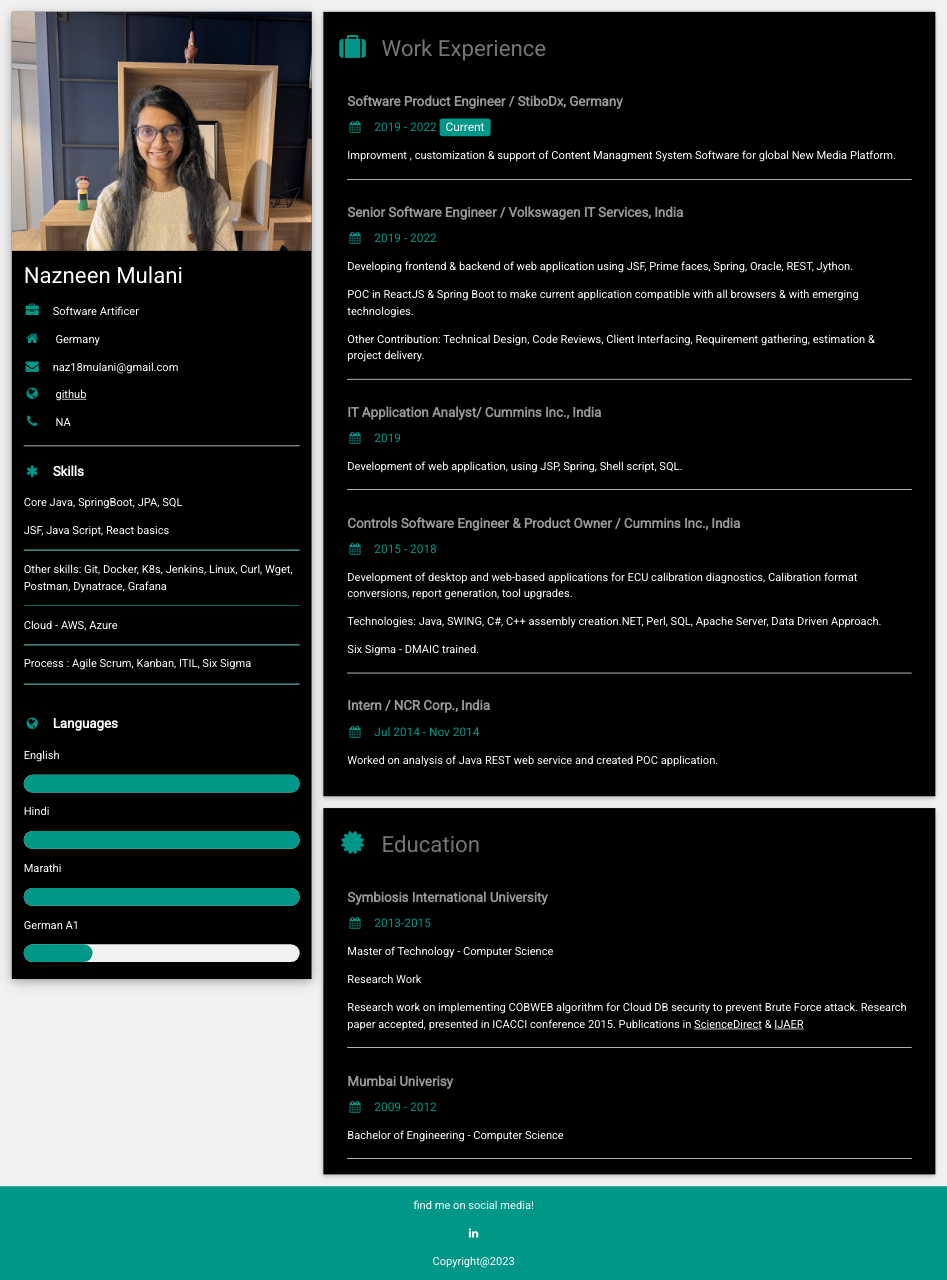
Repository: nazneenprojects/nazneen.github.io
Page: index.html
The author's editor kept a copy of each file at every save. The page is drawn from the files as they stood at one save, then again after the next save.
The browser window is 1280 px wide. The pictures show the whole page, at 74% of full size.

Above is the page before, as saved 2023-07-09 11:44:18.

### index.html
<!DOCTYPE html>
<html>
<title>Nazneen Portfolio</title>
<meta charset="UTF-8">
<meta name="viewport" content="width=device-width, initial-scale=1">
<link rel="stylesheet" href="https://www.w3schools.com/w3css/4/w3.css">
<link rel='stylesheet' href='https://fonts.googleapis.com/css?family=Roboto'>
<link rel="stylesheet" href="https://cdnjs.cloudflare.com/ajax/libs/font-awesome/4.7.0/css/font-awesome.min.css">
<style>
html,body,h1,h2,h3,h4,h5,h6 {font-family: "Roboto", sans-serif}
</style>
<body class="w3-light-grey">

<!-- Page Container -->
<div class="w3-content w3-margin-top" style="max-width:1400px;">

  <!-- The Grid -->
  <div class="w3-row-padding">

    <!-- Left Column -->
    <div class="w3-third">

      <div class="w3-black w3-text-white w3-card-4">
        <div class="w3-display-container">
          <img src="IMG_NazneenM.JPG" style="width:100%" alt="Avatar">
          <div class="w3-display-bottomleft w3-container w3-text-black">
          </div>
        </div>
        <div class="w3-container">
          <h2>Nazneen Mulani</h2>
          <p><i class="fa fa-briefcase fa-fw w3-margin-right w3-large w3-text-teal"></i>Software Artificer</p>
          <p><i class="fa fa-home fa-fw w3-margin-right w3-large w3-text-teal"></i> Germany </p>
          <p><i class="fa fa-envelope fa-fw w3-margin-right w3-large w3-text-teal"></i>naz18mulani@gmail.com</p>
          <p><i class="fa fa-globe fa-fw w3-margin-right w3-large w3-text-teal"></i>
          <a href="https://github.com/nazneenprojects">github</a>
          </p>
          <p><i class="fa fa-phone fa-fw w3-margin-right w3-large w3-text-teal"></i> NA </p>
          <hr>

          <p class="w3-large"><b><i class="fa fa-asterisk fa-fw w3-margin-right w3-text-teal"></i>Skills</b></p>
          <p>Core Java, SpringBoot, JPA, SQL</p>

          <p>JSF, Java Script, React basics</p>
          <div class="w3-light-grey w3-round-xlarge w3-small">
            <div class="w3-container w3-center w3-round-xlarge w3-teal" style="width:100%">
            </div>
          </div>
          <p>Other skills: Git, Docker, K8s, Jenkins, Linux, Curl, Wget, Postman, Dynatrace, Grafana</p>
          <div class="w3-light-grey w3-round-xlarge w3-small">
            <div class="w3-container w3-center w3-square-xlarge w3-teal" style="width:100%">
           </div>
          </div>
          <p>Cloud - AWS, Azure</p>
          <div class="w3-light-grey w3-round-xlarge w3-small">
            <div class="w3-container w3-center w3-round-xlarge w3-teal" style="width:100%">
            </div>
          </div>
          <p>Process : Agile Scrum, Kanban, ITIL, Six Sigma</p>
          <div class="w3-light-grey w3-round-xlarge w3-small">
            <div class="w3-container w3-center w3-round-xlarge w3-teal" style="width:100%">
            </div>
          </div>
          <br>

          <p class="w3-large w3-text-theme"><b><i class="fa fa-globe fa-fw w3-margin-right w3-text-teal"></i>Languages</b></p>
          <p>English</p>
          <div class="w3-light-grey w3-round-xlarge">
            <div class="w3-round-xlarge w3-teal" style="height:24px;width:100%"></div>
          </div>
          <p>Hindi</p>
          <div class="w3-light-grey w3-round-xlarge">
            <div class="w3-round-xlarge w3-teal" style="height:24px;width:100%"></div>
          </div>
          <p>Marathi</p>
          <div class="w3-light-grey w3-round-xlarge">
            <div class="w3-round-xlarge w3-teal" style="height:24px;width:100%"></div>
          </div>
          <p>German A1</p>
          <div class="w3-light-grey w3-round-xlarge">
            <div class="w3-round-xlarge w3-teal" style="height:24px;width:25%"></div>
          </div>
          <br>
        </div>
      </div><br>

    <!-- End Left Column -->
    </div>

    <!-- Right Column -->
    <div class="w3-twothird">

      <div class="w3-container w3-card w3-black w3-margin-bottom">
        <h2 class="w3-text-grey w3-padding-16"><i class="fa fa-suitcase fa-fw w3-margin-right w3-xxlarge w3-text-teal"></i>Work Experience</h2>
        <div class="w3-container">
          <h5 class="w3-opacity"><b>Software Product Engineer / StiboDx, Germany</b></h5>
          <h6 class="w3-text-teal"><i class="fa fa-calendar fa-fw w3-margin-right"></i>2019 - 2022 <span class="w3-tag w3-teal w3-round">Current</span></h6>
          <p> Improvment , customization & support of Content Managment System Software for global New Media Platform.</p>
          <hr>
        </div>
        <div class="w3-container">
          <h5 class="w3-opacity"><b>Senior Software Engineer / Volkswagen IT Services, India</b></h5>
          <h6 class="w3-text-teal"><i class="fa fa-calendar fa-fw w3-margin-right"></i>2019 - 2022</h6>
          <p>Developing frontend & backend of web application using JSF, Prime faces, Spring, Oracle, REST, Jython.</p>
          <p>POC in ReactJS & Spring Boot to make current application compatible with all browsers & with emerging technologies.</p>
          <p>Other Contribution: Technical Design, Code Reviews, Client Interfacing, Requirement gathering, estimation & project delivery.</p>
          <hr>
        </div>
        <div class="w3-container">
          <h5 class="w3-opacity"><b>IT Application Analyst/ Cummins Inc., India</b></h5>
          <h6 class="w3-text-teal"><i class="fa fa-calendar fa-fw w3-margin-right"></i>2019 </h6>
          <p>Development of web application, using JSP, Spring, Shell script, SQL.</p>
          <hr>
        </div>
        <div class="w3-container">
          <h5 class="w3-opacity"><b>Controls Software Engineer & Product Owner / Cummins Inc., India</b></h5>
          <h6 class="w3-text-teal"><i class="fa fa-calendar fa-fw w3-margin-right"></i>2015 - 2018</h6>
          <p>Development of desktop and web-based applications for ECU calibration diagnostics, Calibration format conversions, report generation, tool upgrades.</p>
          <p>Technologies: Java, SWING, C#, C++ assembly creation.NET, Perl, SQL, Apache Server, Data Driven Approach.</p>
          <p>Six Sigma - DMAIC trained.</p>
          <hr>
        </div>
        <div class="w3-container">
          <h5 class="w3-opacity"><b>Intern / NCR Corp., India</b></h5>
          <h6 class="w3-text-teal"><i class="fa fa-calendar fa-fw w3-margin-right"></i>Jul 2014 - Nov 2014</h6>
          <p>Worked on analysis of Java REST web service and created POC application. </p><br>
        </div>
      </div>

      <div class="w3-container w3-card w3-black">
        <h2 class="w3-text-grey w3-padding-16"><i class="fa fa-certificate fa-fw w3-margin-right w3-xxlarge w3-text-teal"></i>Education</h2>
        <div class="w3-container">
          <h5 class="w3-opacity"><b> Symbiosis International University</b></h5>
          <h6 class="w3-text-teal"><i class="fa fa-calendar fa-fw w3-margin-right"></i>2013-2015</h6>
          <p>Master of Technology - Computer Science</p>
          <p>Research Work</p>
          <p>
            Research work on implementing COBWEB algorithm for Cloud DB security to prevent Brute Force attack. Research paper accepted, presented in ICACCI conference 2015. Publications in

            <a href="https://www.sciencedirect.com/science/article/pii/S1877050915005359">ScienceDirect</a> &
            <a href="https://www.ripublication.com/Volume/ijaerv10n12.htm">IJAER</a>
          </p>
          <hr>
        </div>
        <div class="w3-container">
          <h5 class="w3-opacity"><b>Mumbai Univerisy</b></h5>
          <h6 class="w3-text-teal"><i class="fa fa-calendar fa-fw w3-margin-right"></i>2009 - 2012</h6>
          <p>Bachelor of Engineering - Computer Science</p>
          <hr>
        </div>
      </div>

    <!-- End Right Column -->
    </div>

  <!-- End Grid -->
  </div>

  <!-- End Page Container -->
</div>

<footer class="w3-container w3-teal w3-center w3-margin-top">

  <p>find me on social media!</p>
  <a href="https://www.linkedin.com/in/nazneen-mulani-05004012a/"> <i class="fa fa-linkedin w3-hover-opacity"></i></a>
  <p>Copyright@2023</p>
 <!--
  <i class="fa fa-facebook-official w3-hover-opacity"></i>
  <i class="fa fa-instagram w3-hover-opacity"></i>
  <i class="fa fa-snapchat w3-hover-opacity"></i>
  <i class="fa fa-pinterest-p w3-hover-opacity"></i>
  <i class="fa fa-twitter w3-hover-opacity"></i>
  <p>Powered by <a href="https://www.w3schools.com/w3css/default.asp" target="_blank">w3.css</a></p>
 -->
</footer>

</body>
</html>

After the next save:
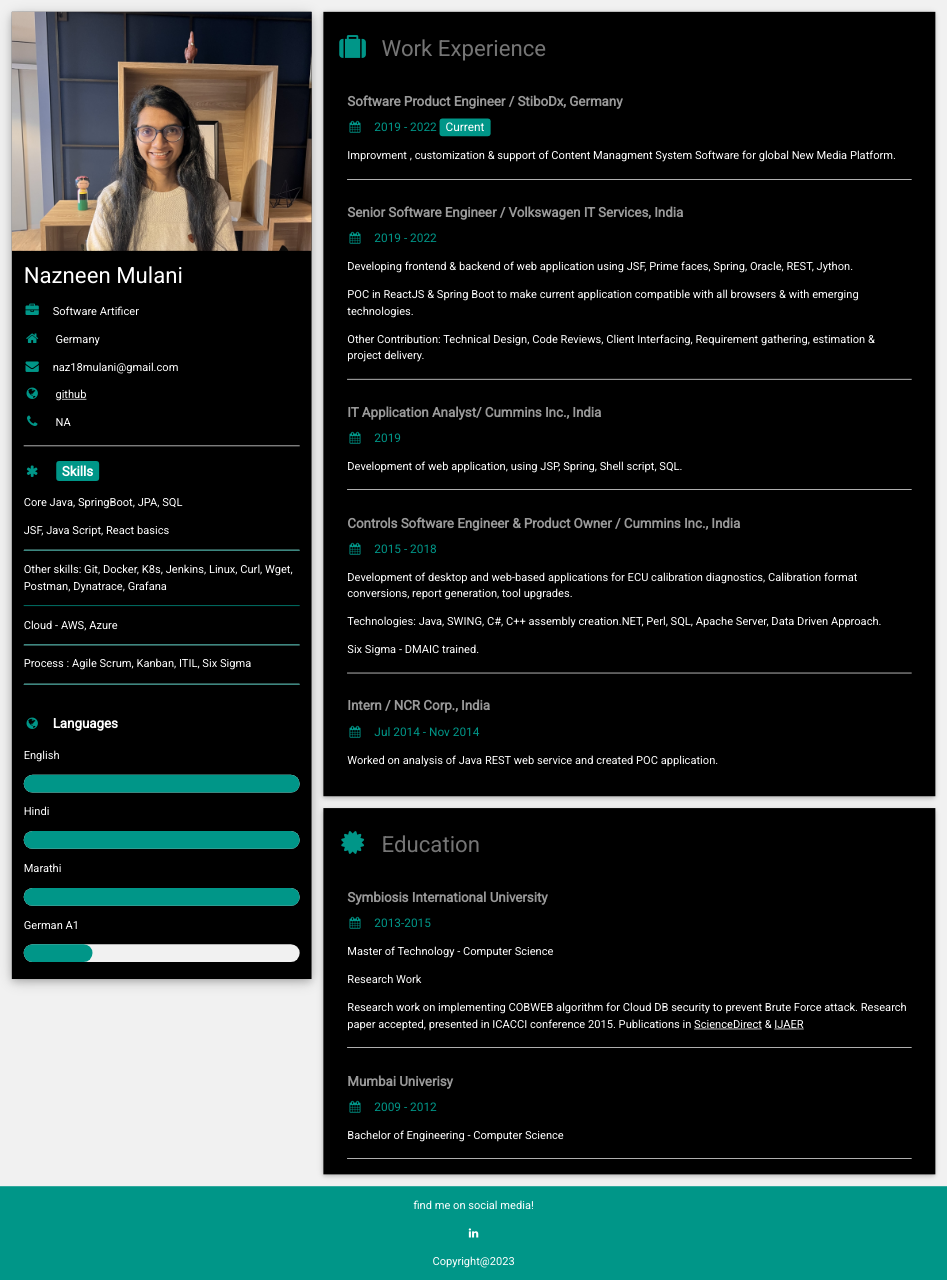
Saved 62 s later.
--- a/index.html
+++ b/index.html
@@ -37,7 +37,7 @@
           <p><i class="fa fa-phone fa-fw w3-margin-right w3-large w3-text-teal"></i> NA </p>
           <hr>
 
-          <p class="w3-large"><b><i class="fa fa-asterisk fa-fw w3-margin-right w3-text-teal"></i>Skills</b></p>
+          <p class="w3-large"><b><i class="fa fa-asterisk fa-fw w3-margin-right w3-text-teal"></i> <span class="w3-tag w3-teal w3-round">Skills</span></b></p>
           <p>Core Java, SpringBoot, JPA, SQL</p>
 
           <p>JSF, Java Script, React basics</p>
